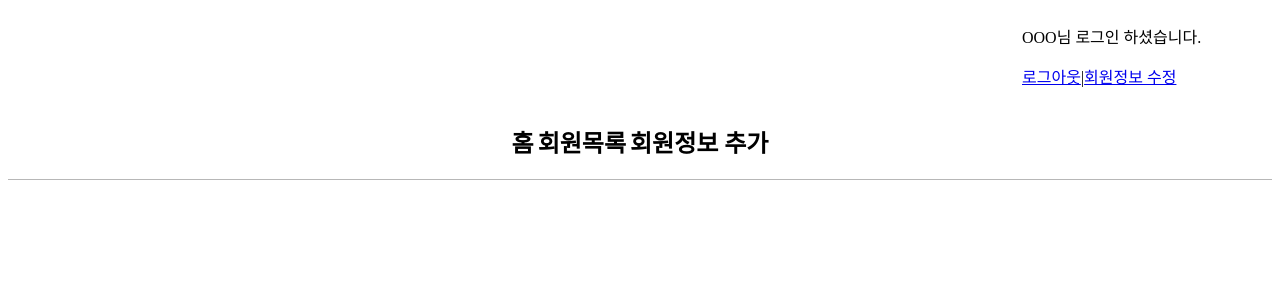
Repository: cdnwell/Jsp
Page: http://localhost/MemberProject/main.jsp
These files come from the project's save history. The page is drawn as it stood at one moment and after the next save; the edit follows.
The browser window is 1280 px wide. The pictures show the whole page.
The page is served by Tomcat 9.

Above is the page before, as saved 2022-07-05 06:46:39.

After the next save:
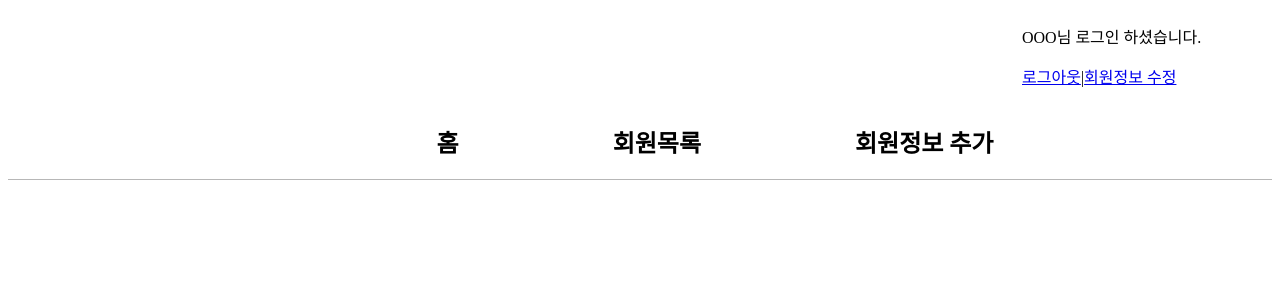
Saved 10 s later.
--- a/MemberProject/src/main/webapp/main.jsp
+++ b/MemberProject/src/main/webapp/main.jsp
@@ -22,7 +22,7 @@
 	}
 	h2{
 		display : inline-block;
-
+		padding-left : 150px;
 	}
 </style>
 </head>
